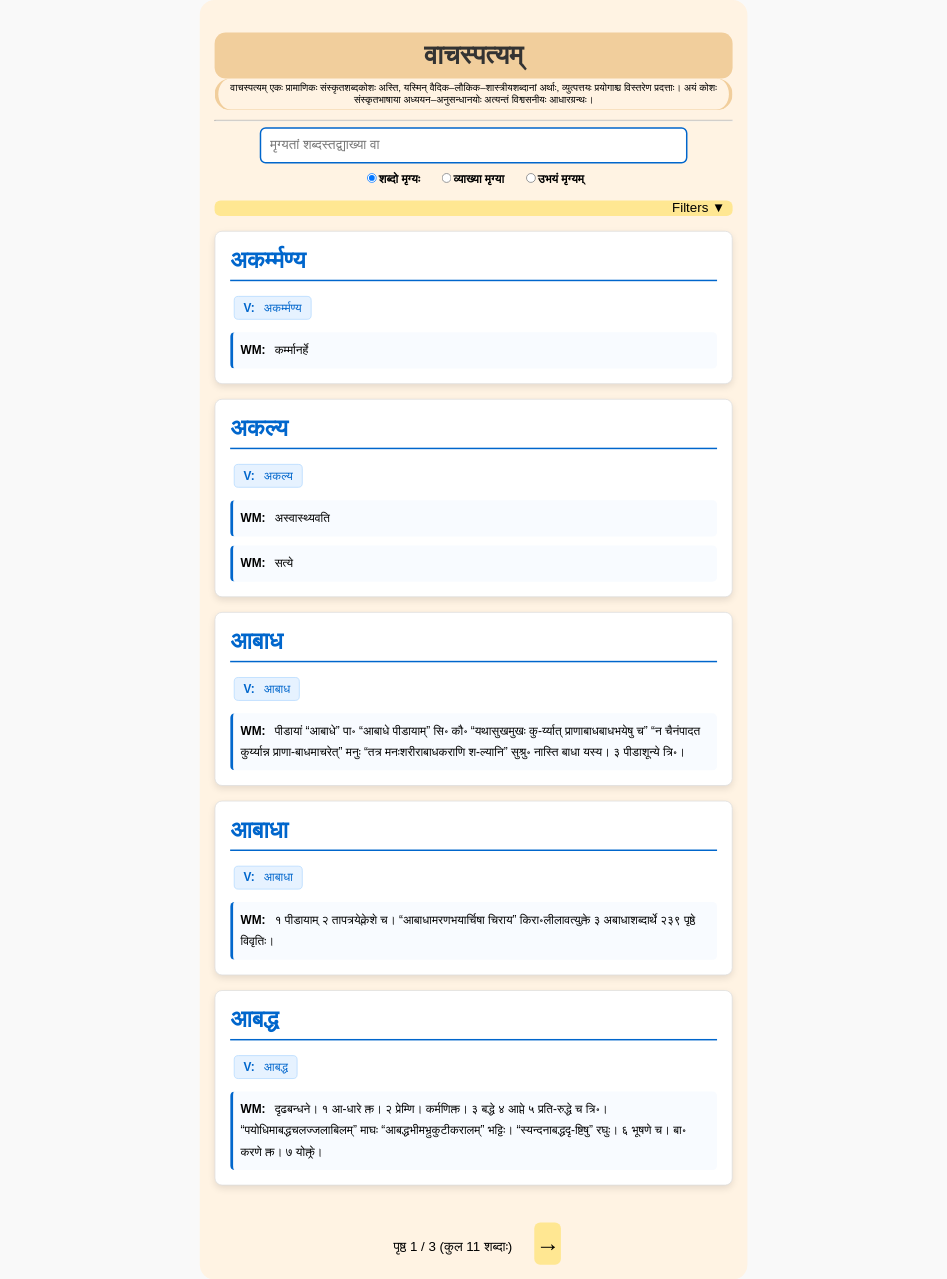
Repository: sanskritsphere/vachaspatyam-demo
Page: index.html
These files come from the project's save history. The page is drawn as it stood at one moment and after the next save; the edit follows.
The browser window is 1280 px wide. The pictures show the whole page, at 74% of full size.

Above is the page before, as saved 2025-12-14 17:33:07.

After the next save:
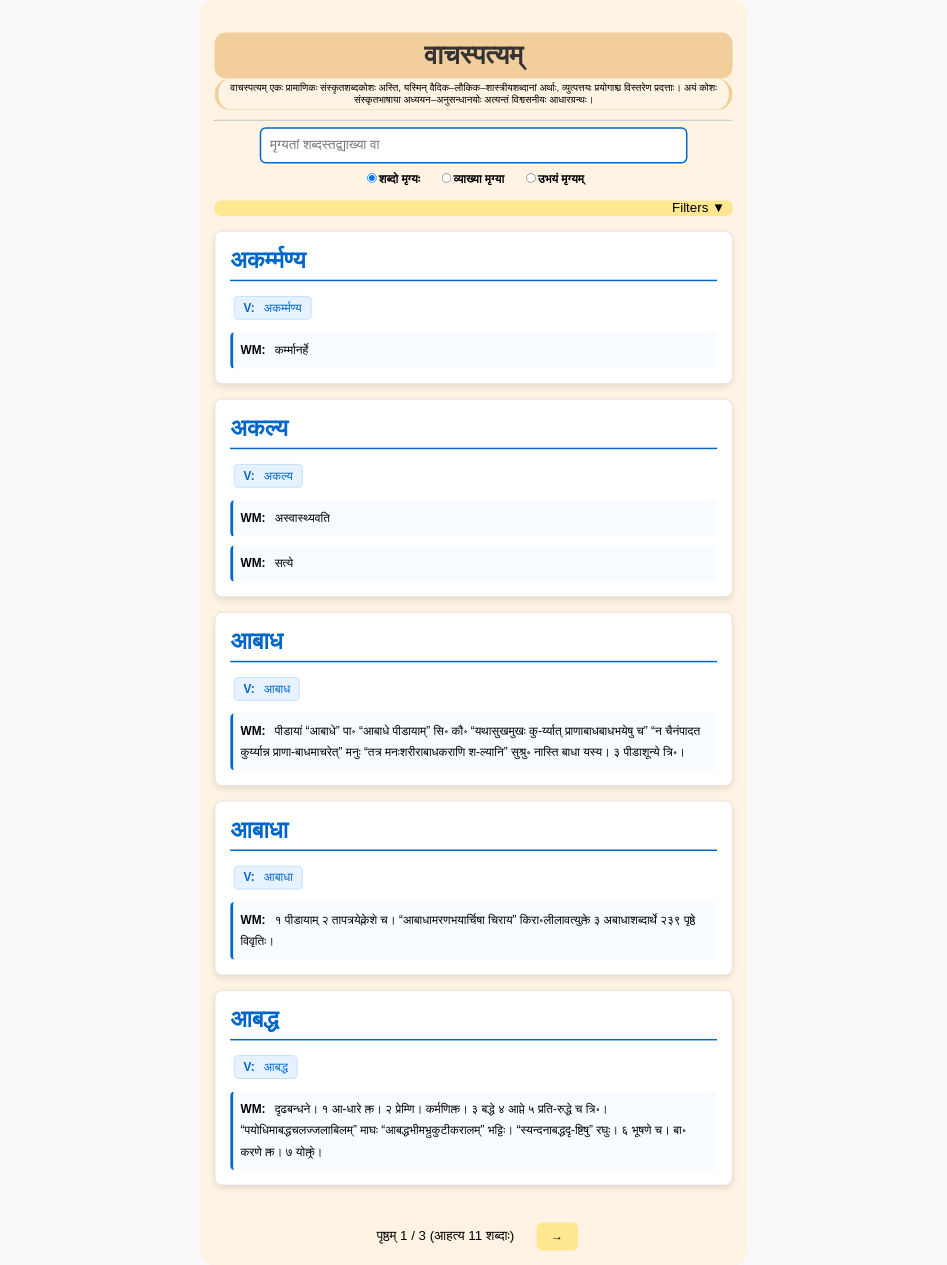
Saved 3 min 29 s later.
--- a/index.html
+++ b/index.html
@@ -297,7 +297,7 @@ function renderPaginatedEntries(query) {
 
     // Page info
     const info = document.createElement('span');
-    info.textContent = `पृष्ठ ${currentPage} / ${totalPages} (कुल ${filteredEntries.length} शब्दाः)`;
+    info.textContent = `पृष्ठम् ${currentPage} / ${totalPages} (आहत्य ${filteredEntries.length} शब्दाः)`;
     info.style.fontSize = '18px';
     info.style.margin = '0 20px';
     paginationDiv.appendChild(info);
@@ -306,10 +306,9 @@ function renderPaginatedEntries(query) {
     if (currentPage < totalPages) {
         const nextBtn = document.createElement('button');
         nextBtn.textContent = '→';
-        nextBtn.style.padding = '10px 2px';
+        nextBtn.style.padding = '10px 20px';
         nextBtn.style.margin = '0 10px';
-        nextBtn.style.fontSize = '32px';
-        nextBtn.style.fontWeight = '900'
+        nextBtn.style.fontSize = '16px';
         nextBtn.onclick = () => {
             currentPage++;
             renderPaginatedEntries(query);
